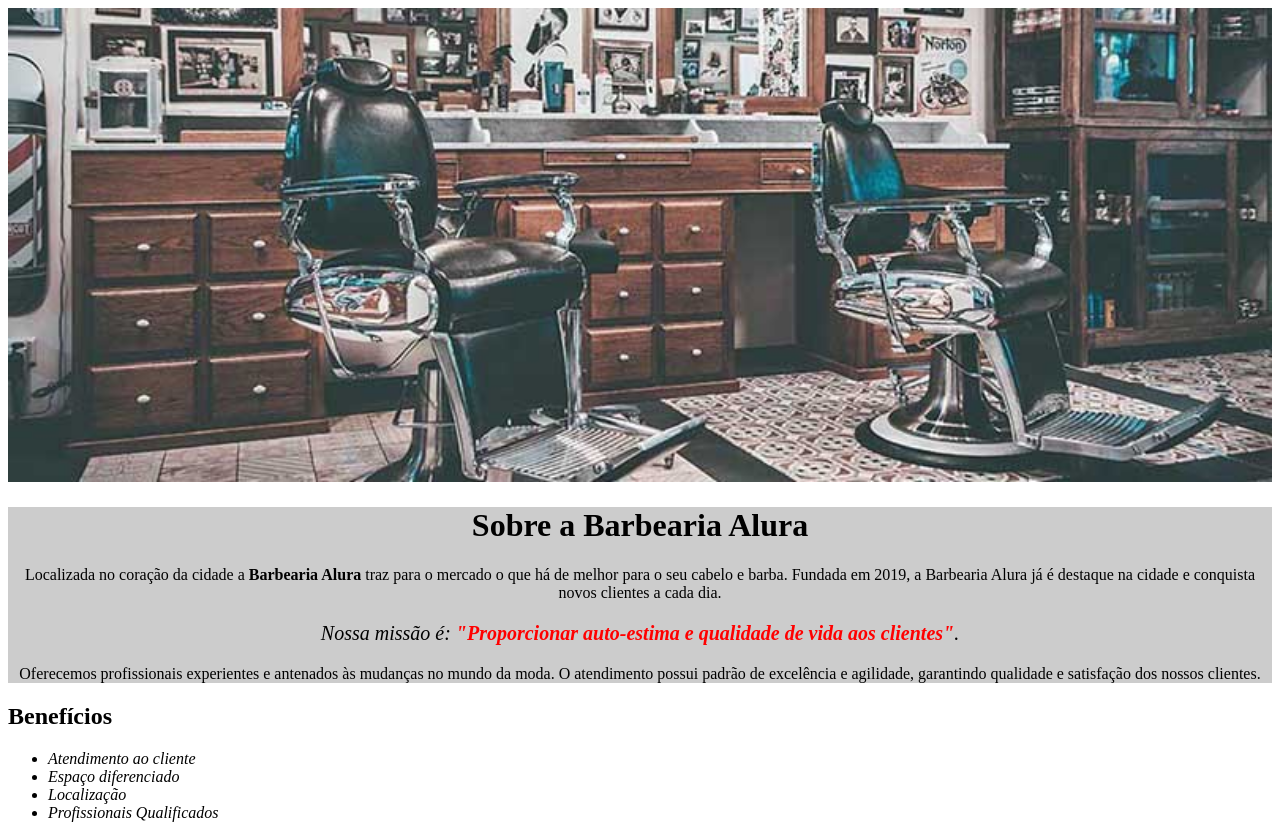
Repository: RenatoCCS/Barbearia_Alura
Page: index.html
The author's editor kept a copy of each file at every save. The page is drawn from the files as they stood at one save, then again after the next save.
The browser window is 1280 px wide. The pictures show the whole page.

Above is the page before, as saved 2022-10-17 21:13:56.

After the next save:
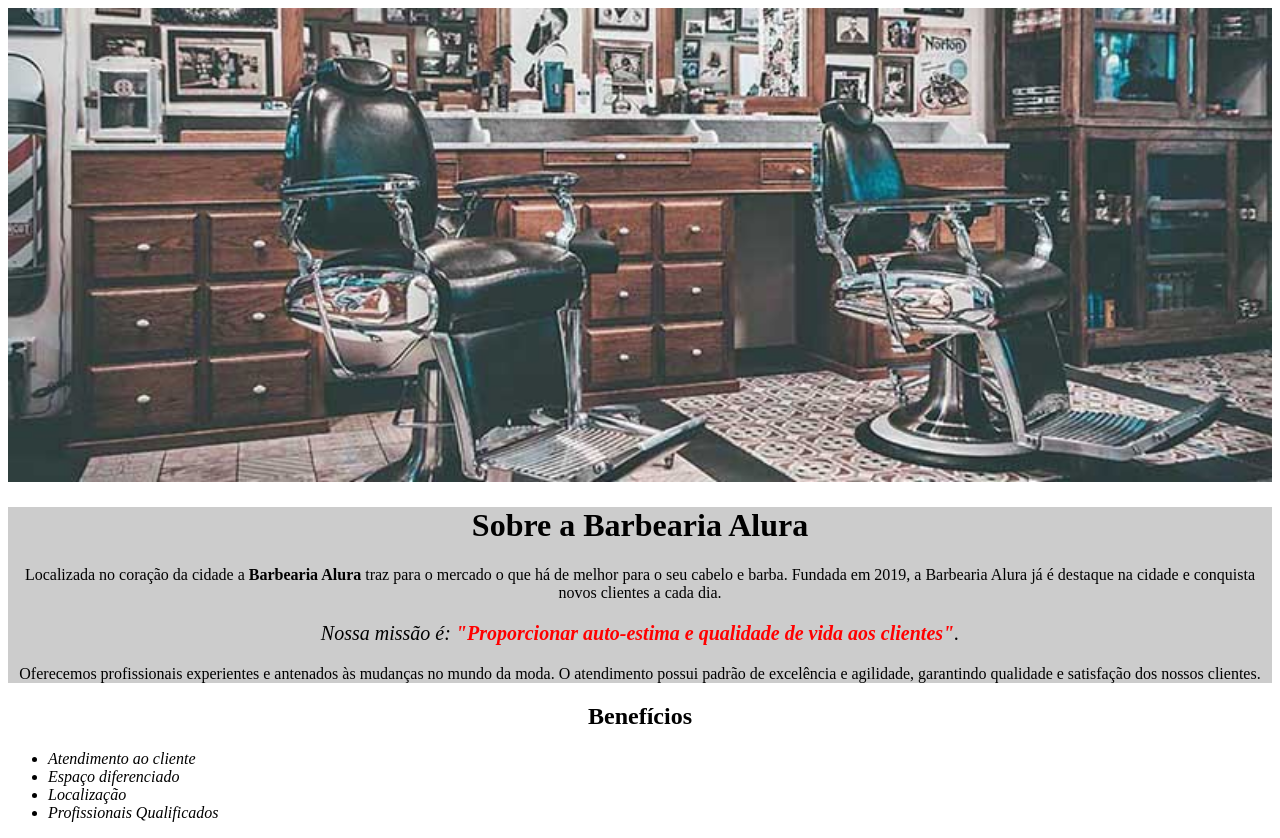
Saved 14 s later.
--- a/style.css
+++ b/style.css
@@ -33,6 +33,6 @@ em strong {
   background: #ffffff;
 }
 
-h2{
-  text-align: center:
+h2 {
+  text-align: center;
 }
